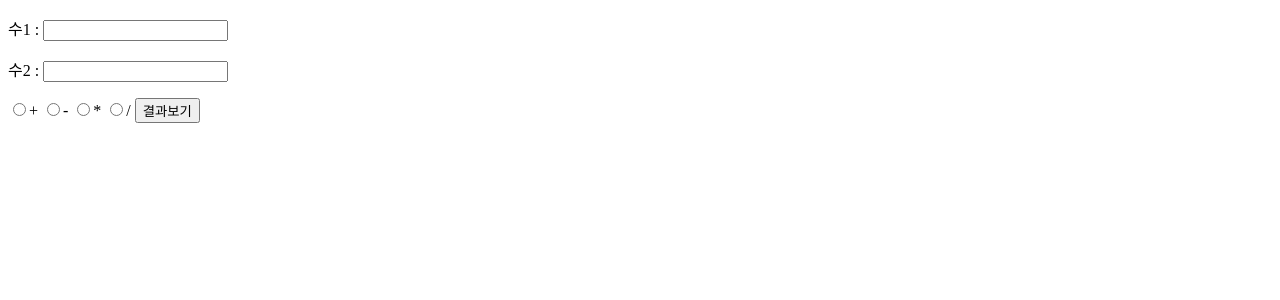
Repository: hocube/jspstudy
Page: 01_servlet/src/main/webapp/view/ex07.html
These files come from the project's save history. The page is drawn as it stood at one moment and after the next save; the edit follows.
The browser window is 1280 px wide. The pictures show the whole page.

Above is the page before, as saved 2023-06-30 04:09:56.

After the next save:
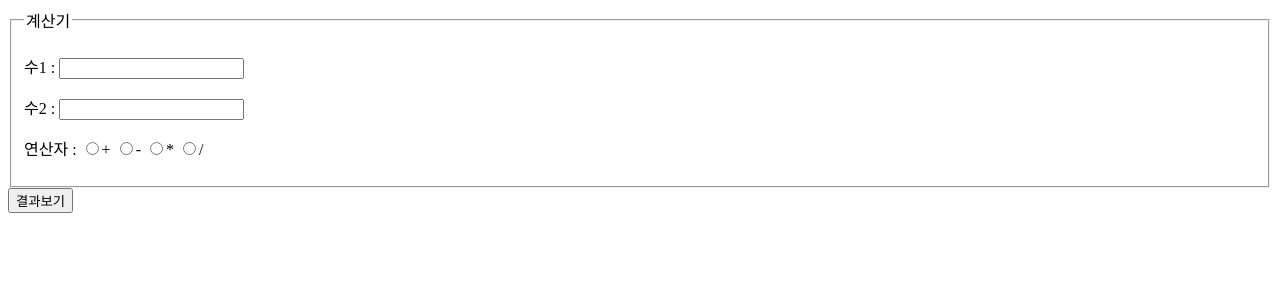
Saved 7 min 4 s later.
--- a/01_servlet/src/main/webapp/view/ex07.html
+++ b/01_servlet/src/main/webapp/view/ex07.html
@@ -5,14 +5,23 @@
 <title>계산기</title>
 </head>
 <body>
-	<form action= "/01_servlet/Ex07" method="get"></form>
-	<p><label for = "su1">수1 : </label><input type="number" name="su1" id="su1" required></p>
-	<p><label for = "su2">수2 : </label><input type="number" name="su1" id="su1" required></p>
-	<input type="radio" id = "rdo1" name = "rdo1" value= "rdo1">+
-	<input type="radio" id = "rdo2" name = "rdo2" value= "rdo2">-
-	<input type="radio" id = "rdo3" name = "rdo3" value= "rdo3">*
-	<input type="radio" id = "rdo4" name = "rdo4" value= "rdo4">/
-
-	<input type="submit" value="결과보기">
+	<div id = "mydiv">
+		<form action= "/01_servlet/Ex07" method="get">
+			<fieldset>
+				<legend>계산기</legend>
+				<p><label for = "s1">수1 : </label>
+				<input type="number" name="s1" id="s1" required></p>
+				<p><label for = "s2">수2 : </label>
+				<input type="number" name="s2" id="s2" required></p>
+				<p><label for = "op">연산자 : </label>
+					<input type="radio" id = "op" value= "+">+
+					<input type="radio" id = "op" value= "-">-
+					<input type="radio" id = "op" value= "*">*
+					<input type="radio" id = "op" value= "/">/
+				</p>
+			</fieldset>
+				<input type="submit" value="결과보기">
+		</form>
+	</div>
 </body>
 </html>
